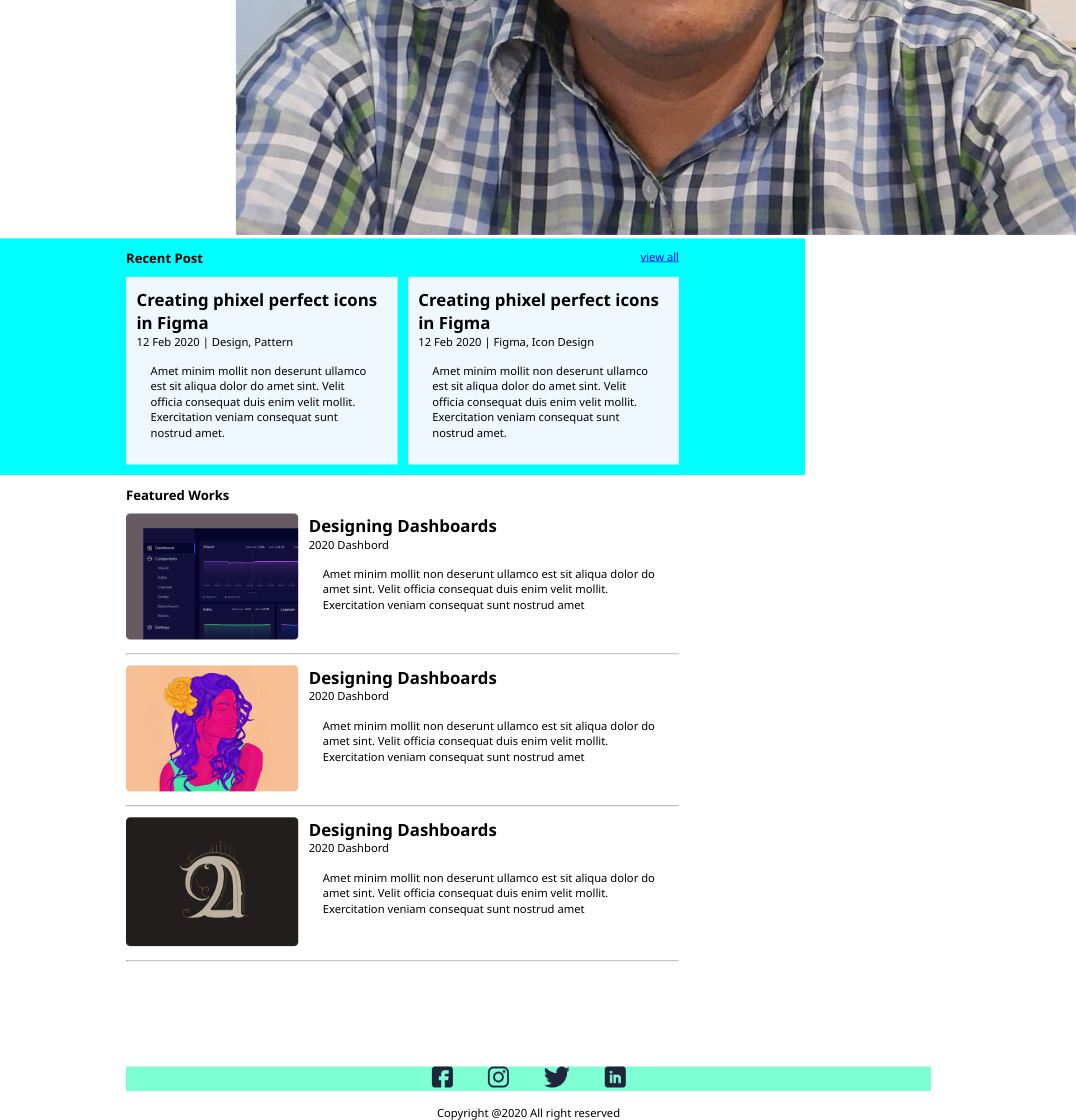
Repository: jafetdn73/portofolio
Page: index.html
These files come from the project's save history. The page is drawn as it stood at one moment and after the next save; the edit follows.
The browser window is 1280 px wide. The page is 1537 px wide, so the pictures cover 1537 px, including what lies to the right of the window. The pictures show the part of the page from y = 1062 to 2662 px (the page is 2662 px tall), at 70% of full size.

Above is the page before, as saved 2022-02-23 16:43:41.

### index.html
<!DOCTYPE html>
<html lang="en">
<head>
    <meta charset="UTF-8">
    <meta http-equiv="X-UA-Compatible" content="IE=edge">
    <meta name="viewport" content="width=device-width, initial-scale=1.0">
    <link rel="stylesheet" href="figma.css">
    <title>Belajar HTML CSS</title>
</head>
<body>
    <div class="container">
        <!-- Start Menu Bar -->
        <div class="menu-bar">
            <ul>
                <li>
                    Work
                </li>
                <li>
                    Blog
                </li>
                <li>
                    Contact
                </li>
            </ul>
        </div>
        <!-- Starr Hero -->
        <div class="hero">
            <div class="hero-text">
                <h1>Hi, I am Jafet,<br/>
                    Fullstack Engineer
                </h1>
                <p>
                    Amet minim mollit non deserunt ullamco est sit aliqua dolor do amet sint. Velit officia consequat duis enim velit mollit. Exercitation veniam consequat sunt nostrud amet.
                </p>
                <button>Download Resume</button>
            </div>
            <div class="hero-image">
                <img src="jafet.png"/>
            </div>
        </div>
        <!-- Start Post -->
        <div class="post">
            <div class="post-navi">
                <h3>Recent Post</h3>
                <a href="http://detik.com">view all</a>
            </div>
            <div class="post-content">
                <div class="post-content-detail">
                    <h2>Creating phixel perfect icons in Figma</h2>
                    <label>12 Feb 2020</label>
                    <label>|</label>
                    <label>Design, Pattern</label>
                    <p>
                        Amet minim mollit non deserunt ullamco est sit aliqua dolor do amet sint. Velit officia consequat duis enim velit mollit. Exercitation veniam consequat sunt nostrud amet.
                    </p>
                </div>
                <div class="post-content-detail">
                    <h2>Creating phixel perfect icons in Figma</h2>
                    <label>12 Feb 2020</label>
                    <label>|</label>
                    <label>Figma, Icon Design</label>
                    <p>
                        Amet minim mollit non deserunt ullamco est sit aliqua dolor do amet sint. Velit officia consequat duis enim velit mollit. Exercitation veniam consequat sunt nostrud amet.
                    </p>
                </div>
            </div>
        </div>
        <!-- Start Featured -->
        <div class="featured">
            <h3>Featured Works</h3>
            <div class="featured-detail">
                <div class="featured-image">
                    <img src="Rectangle 30.png"/>
                </div>
                <div class="featured-text">
                    <h2>Designing Dashboards</h2>
                    <label>2020</label>
                    <label>Dashbord</label>
                    <p>
                        Amet minim mollit non deserunt ullamco est sit aliqua dolor do amet sint. Velit officia consequat duis enim velit mollit. Exercitation veniam consequat sunt nostrud amet
                    </p>
                </div>
            </div>
            <hr/>
            <div class="featured-detail">
                <div class="featured-image">
                    <img src="Rectangle 32.png"/>
                </div>
                <div class="featured-text">
                    <h2>Designing Dashboards</h2>
                    <label>2020</label>
                    <label>Dashbord</label>
                    <p>
                        Amet minim mollit non deserunt ullamco est sit aliqua dolor do amet sint. Velit officia consequat duis enim velit mollit. Exercitation veniam consequat sunt nostrud amet
                    </p>
                </div>
            </div>
            <hr/>
            <div class="featured-detail">
                <div class="featured-image">
                    <img src="Rectangle 34.png"/>
                </div>
                <div class="featured-text">
                    <h2>Designing Dashboards</h2>
                    <label>2020</label>
                    <label>Dashbord</label>
                    <p>
                        Amet minim mollit non deserunt ullamco est sit aliqua dolor do amet sint. Velit officia consequat duis enim velit mollit. Exercitation veniam consequat sunt nostrud amet
                    </p>
                </div>
            </div>
            <hr/>
        </div>
        <!-- Start Social Media -->
        <div class="social-media"><img src="fb.png"/><img src="insta.png"/><img src="group.png"/><img src="linkedin.png"/></div>
        <div class="copyright">Copyright @2020 All right reserved</div>
    </div>
</body>
</html>

### figma.css
* {
    margin: 0;
    font-family:'Segoe UI', Tahoma, Geneva, Verdana, sans-serif
}

.container {
    width: 1150px;
}

.menu-bar {
    display: flex;
    justify-content: flex-end;
    margin-top: 20px;
}

.menu-bar ul li {
    display: inline;
    margin-right: 30px;
    font-size: 20px;
}

/* Start Hero */
.hero {
    display: flex;
    justify-content: space-around;
    margin-top: 150px;
    padding: 0 100px;
}

.hero-text {
    width: 450px;
}

.hero-text h1 {
    font-size: 44px;
    font-weight: 400px;
}

.hero-text p {
    font-size: 16px;
}

.hero-text h1, p, button
{
    margin: 20px;
}

.hero-text button {
    background-color: #FF6464;
    border-style: none;
    padding: 15px;
    font-size: 20px;
    color: white;
}

/* Start Post */
.post {
    background-color:aqua;
    padding:15px 180px;
}

.post-navi {
    display :flex;
    justify-content:space-between ;
}

.post-content {
    display: flex;
    margin-top: 15px;
    gap:15px;
}

.post-content-detail {
    background-color: aliceblue;
    padding:15px;
}

/* Start Featured */
.featured {
    margin : 15px 180px;
    gap:15px;
}

.featured-detail {
    display:flex;
    margin-top: 15px;
    margin-bottom: 15px;
}

.featured-image {
    margin-right: 15px;
}


.social-media{
    background-color: aquamarine;
    margin-top: 150px;
    margin-left: 180px;
    width: 1150px;
    text-align: center;
    display: inline-flexbox;
}

.social-media img {
    margin-left:25px;
    margin-right:25px;
}

.copyright {
    margin-top: 20px;
    margin-left: 180px;
    width: 1150px;
    text-align: center;
}

After the next save:
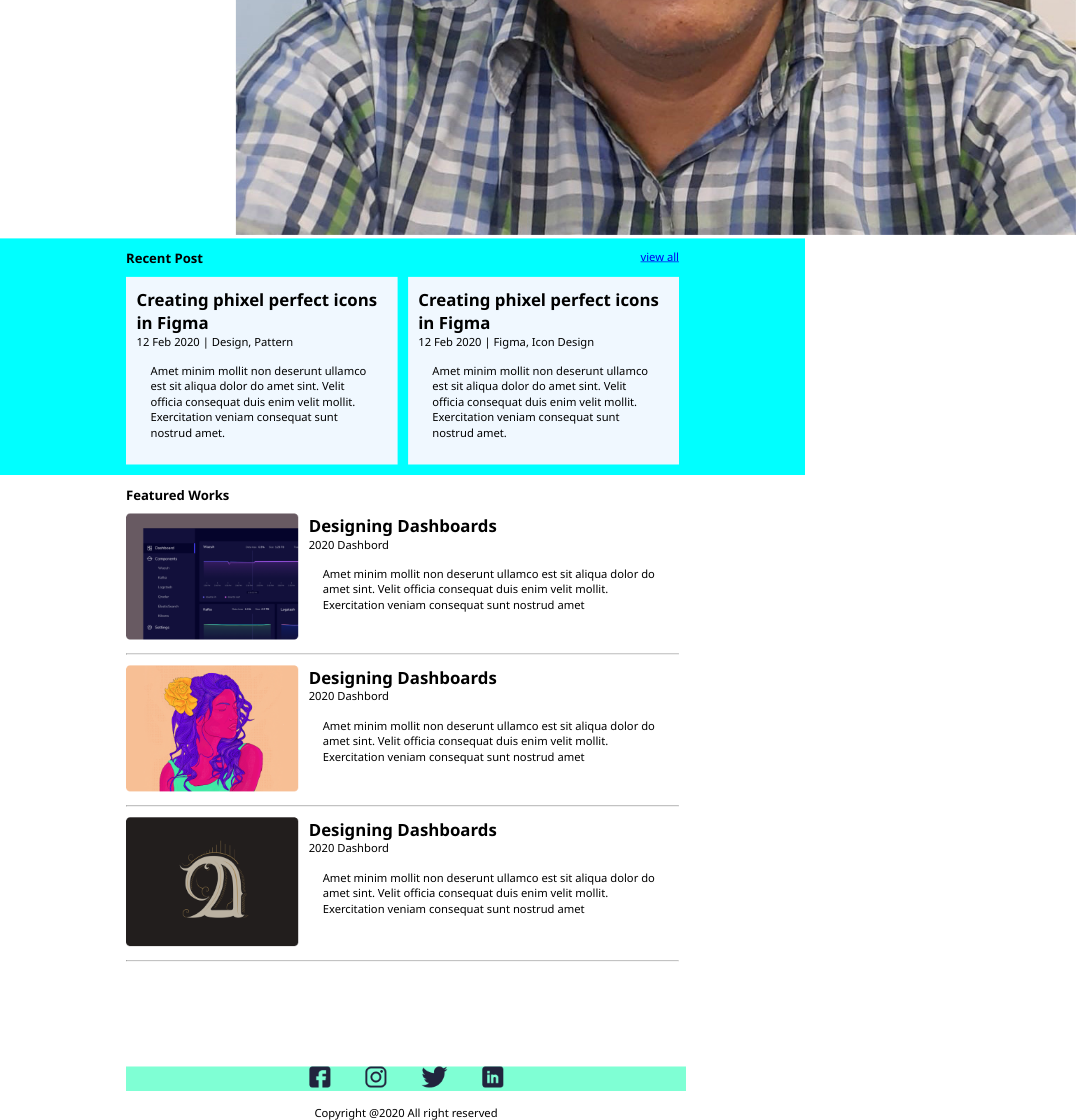
Saved 33 s later.
--- a/figma.css
+++ b/figma.css
@@ -96,7 +96,7 @@
     background-color: aquamarine;
     margin-top: 150px;
     margin-left: 180px;
-    width: 1150px;
+    width: 800px;
     text-align: center;
     display: inline-flexbox;
 }
@@ -109,6 +109,6 @@
 .copyright {
     margin-top: 20px;
     margin-left: 180px;
-    width: 1150px;
+    width: 800px;
     text-align: center;
 }
